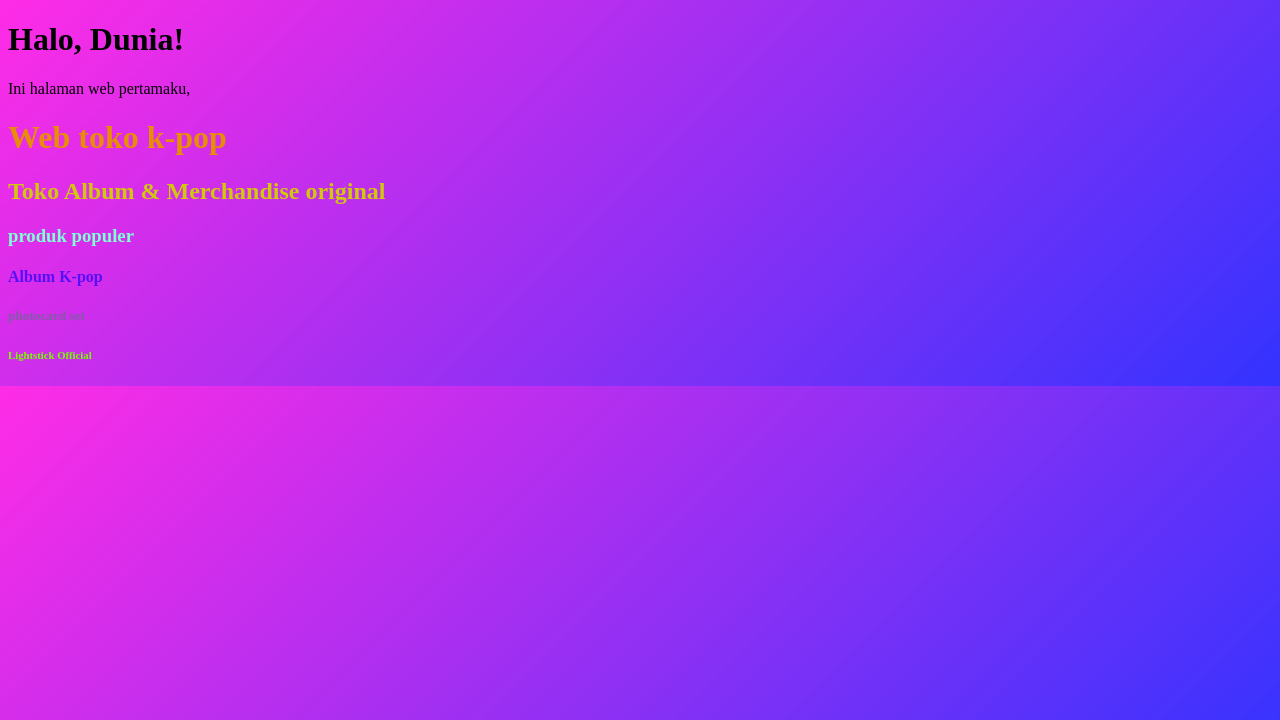
Repository: sekartazivi/241552010020-Web-Application-Development
Page: lagi.html
The author's editor kept a copy of each file at every save. The page is drawn from the files as they stood at one save, then again after the next save.
The browser window is 1280 px wide. The pictures show the whole page.

Above is the page before, as saved 2026-02-20 08:49:57.

### lagi.html
<!DOCTYPE html>
<html lang="en">
<head>
    <meta charset="UTF-8">
    <meta name="viewport" content="width=device-width, initial-scale=1.0">
    <title>Web Toko Kpop</title>

    <style>
        body {
            background: linear-gradient(135deg, #ff00e1d3, #3333ff);
        }
    </style>
</head>

<body>
    <h1 style="color: black;">Halo, Dunia!</h1>
    <p>Ini halaman web pertamaku,</p>
    <h1 style="color: rgb(231, 141, 8);">Web toko k-pop</h1>
    <h2 style="color: rgb(210, 200, 11);">Toko Album & Merchandise original</h2>
    <h3 style="color: aquamarine;">produk populer</h3>
    <h4 style="color: rgb(86, 16, 247);">Album K-pop</h4>
    <h5 style="color: rgb(130, 91, 166);">photocard set</h5>
    <h6 style="color: rgb(119, 255, 0);">Lightstick Official</h6>
</body>
</html>

After the next save:
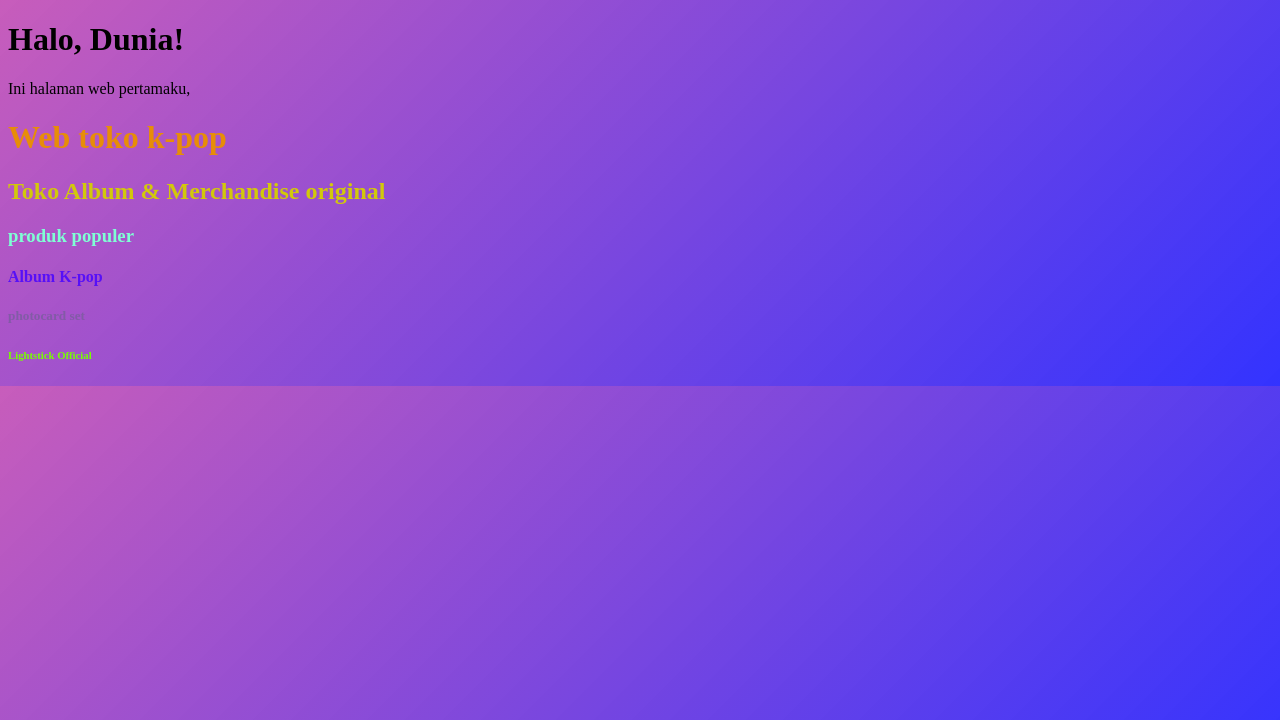
Saved 10 s later.
--- a/lagi.html
+++ b/lagi.html
@@ -7,7 +7,7 @@
 
     <style>
         body {
-            background: linear-gradient(135deg, #ff00e1d3, #3333ff);
+            background: linear-gradient(135deg, #bc3badd3, #3333ff);
         }
     </style>
 </head>
